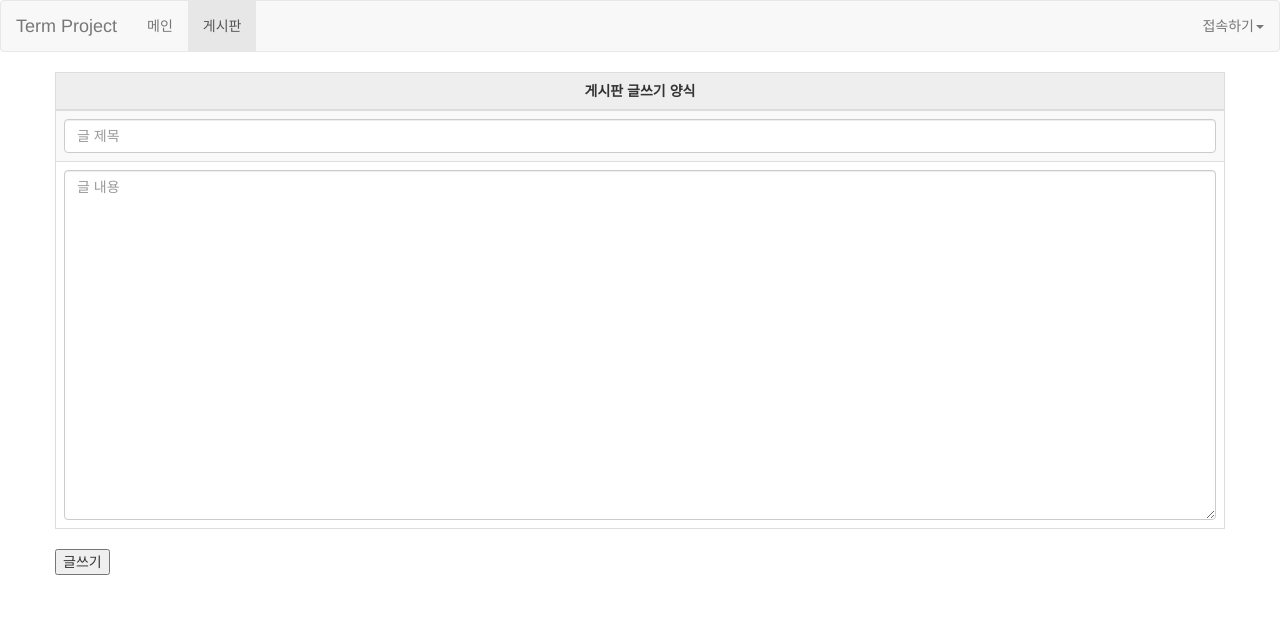
Repository: subsub97/web_bulletin-board
Page: http://localhost/BBS/write.jsp
The author's editor kept a copy of each file at every save. The page is drawn from the files as they stood at one save, then again after the next save.
The browser window is 1280 px wide. The pictures show the whole page.
Some web libraries are served in a nearby version. The page is served by Tomcat 9. Other server files are loaded and not shown.

Above is the page before, as saved 2023-05-26 07:04:33.

### Projects/BBS/src/main/webapp/write.jsp
<%@ page language="java" contentType="text/html; charset=UTF-8" pageEncoding="UTF-8"%>
<%@ page import= "java.io.PrintWriter"  %>
<!DOCTYPE html>
<html>
<head>
<meta charset="UTF-8">
<meta name="viewport" content="width=device-width, initial-scale=1">

<link rel="stylesheet" href="css/bootstrap.css">

<title>Term Project</title>
</head>
<body>
	<%
		String userID = null;
		if (session.getAttribute("userID") != null){
			userID = (String) session.getAttribute("userID"); //로그인중인데 세션이 없는경우 받아온다.

		}
	%>
	<nav class="navbar navbar-default">
		<div class="navbar-header">
			<button type="button" class="navbar-toggle collapsed"
				data-toggle="collapse" data-target="#bs-example-navbar-collapse-1"
				aria-expanded="false">
				<span class="icon-bar"></span>
				<span class="icon-bar"></span>
				<span class="icon-bar"></span>
			</button>
			<a class="navbar-brand" href="main.jsp">Term Project</a>
		</div>
		<div class="collapse navbar-collapse" id="bs-example-navbar-collapse-1">
			<ul class="nav navbar-nav">
				<li><a href="main.jsp">메인</a></li>
				<li class="active"><a href="main.jsp">게시판</a></li>
			</ul>
			<%
				if(userID == null){
			%>
		 	<!-- 로그인이 안되어있는경우  -->
			<ul class="nav navbar-nav navbar-right">
				<li class="dropdown">
					<a href="#" class="dropdown-toggle" data-toggle="dropdown" role="button" aria-haspopup="true"
						aria-expanded="false">접속하기<span class="caret"></span></a>
					<ul class="dropdown-menu">
						<li><a href="login.jsp">로그인</a></li>
						<li><a href="join.jsp">회원가입</a></li>
					</ul>
				</li>
			</ul>
			<%
				} else {
			%>
			<!-- 로그인이 되어있는경우 -->
			<ul class="nav navbar-nav navbar-right">
				<li class="dropdown">
					<a href="#" class="dropdown-toggle" data-toggle="dropdown" role="button" aria-haspopup="true"
						aria-expanded="false">회원관리<span class="caret"></span></a>
					<ul class="dropdown-menu">
						<li><a href="logoutAction.jsp">로그아웃</a></li>
					</ul>
				</li>
			</ul>
			<%
				}
			%>

		</div>
	</nav>
	<div class ="container">
		<div class = "row">
			<form method = "post" action = "writeAction.jsp">
				<table class="table table-striped" style="text-align: center; border: 1px solid #dddddd">
					<thead>
						<tr>
							<th colspan="2" style="background-color: #eeeeee;text-align: center;">게시판 글쓰기 양식</th>

						</tr>
					</thead>
					<tbody>
						<tr>
							<td><input type = "text" class = "form-control" placeholder = "글 제목" name ="bbsTittle" maxlength="50"></td>
						</tr>
						<tr>
							<td><textarea class = "form-control" placeholder = "글 내용" name ="bbsContent" maxlength="2048" style="height:350px;"></textarea></td>
						</tr>

					</tbody>
				</table>
				<input type="submit" class = " href ="write.jsp" class="btn btn-primary pull-right" value="글쓰기">
			</form>
		</div>
	</div>

	<script src="https://code.jquery.com/jquery-3.1.1.min.js"></script>
	<script src="js/bootstrap.js"></script>

</body>
</html>

Loaded but not shown: Projects/BBS/src/main/webapp/css/bootstrap.css (library); Projects/BBS/src/main/webapp/js/bootstrap.js (library)

After the next save:
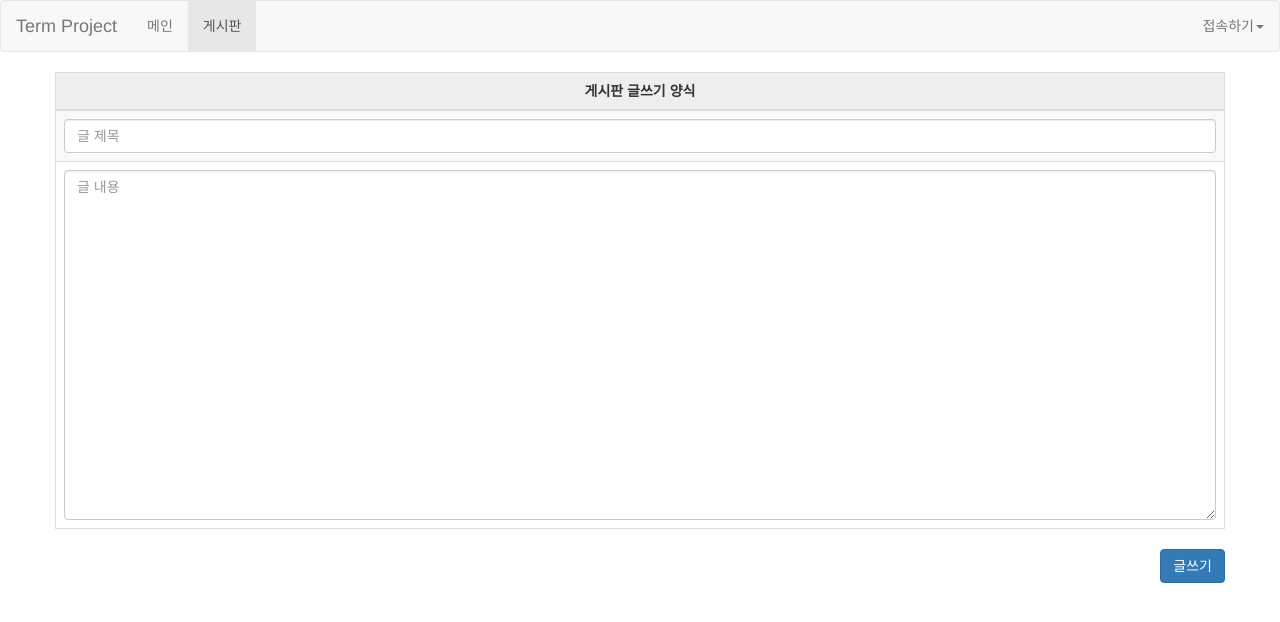
Saved 94 s later.
--- a/Projects/BBS/src/main/webapp/write.jsp
+++ b/Projects/BBS/src/main/webapp/write.jsp
@@ -87,7 +87,7 @@
 
 					</tbody>
 				</table>
-				<input type="submit" class = " href ="write.jsp" class="btn btn-primary pull-right" value="글쓰기">
+				<input type="submit" class="btn btn-primary pull-right" value="글쓰기">
 			</form>
 		</div>
 	</div>
